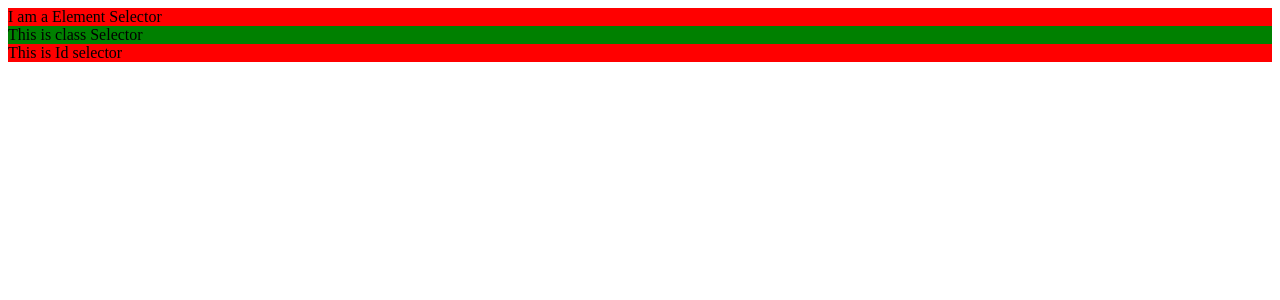
Repository: diensy/Web_dev
Page: first.css/selector.html
These files come from the project's save history. The page is drawn as it stood at one moment and after the next save; the edit follows.
The browser window is 1280 px wide. The pictures show the whole page.

Above is the page before, as saved 2024-05-17 23:20:16.

### first.css/selector.html
<!DOCTYPE html>
<html lang="en">
  <head>
    <meta charset="UTF-8" />
    <meta name="viewport" content="width=device-width, initial-scale=1.0" />
    <title>CSS Selector</title>
    <style>
      /* Element Selctor */
      div {
        background-color: red;
      }
      /* CLass Selector */
      .div {
        background-color: green;
      }
      /*
      #blue {
        background-color: blue;
      }
    </style>
  </head>
  <body>
    <div>I am a Element Selector</div>
    <div class="div">This is class Selector</div>
    <div id="blue">This is Id selector</div>
  </body>
</html>

After the next save:
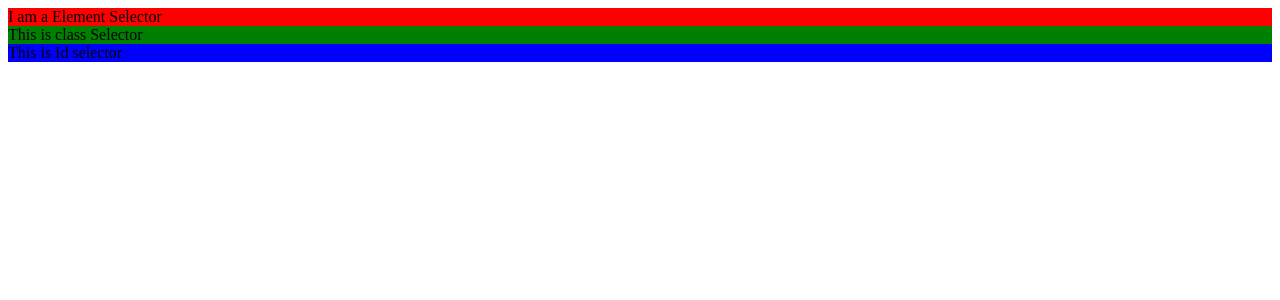
Saved 10 s later.
--- a/first.css/selector.html
+++ b/first.css/selector.html
@@ -13,7 +13,7 @@
       .div {
         background-color: green;
       }
-      /*
+      /* Id selector */
       #blue {
         background-color: blue;
       }
